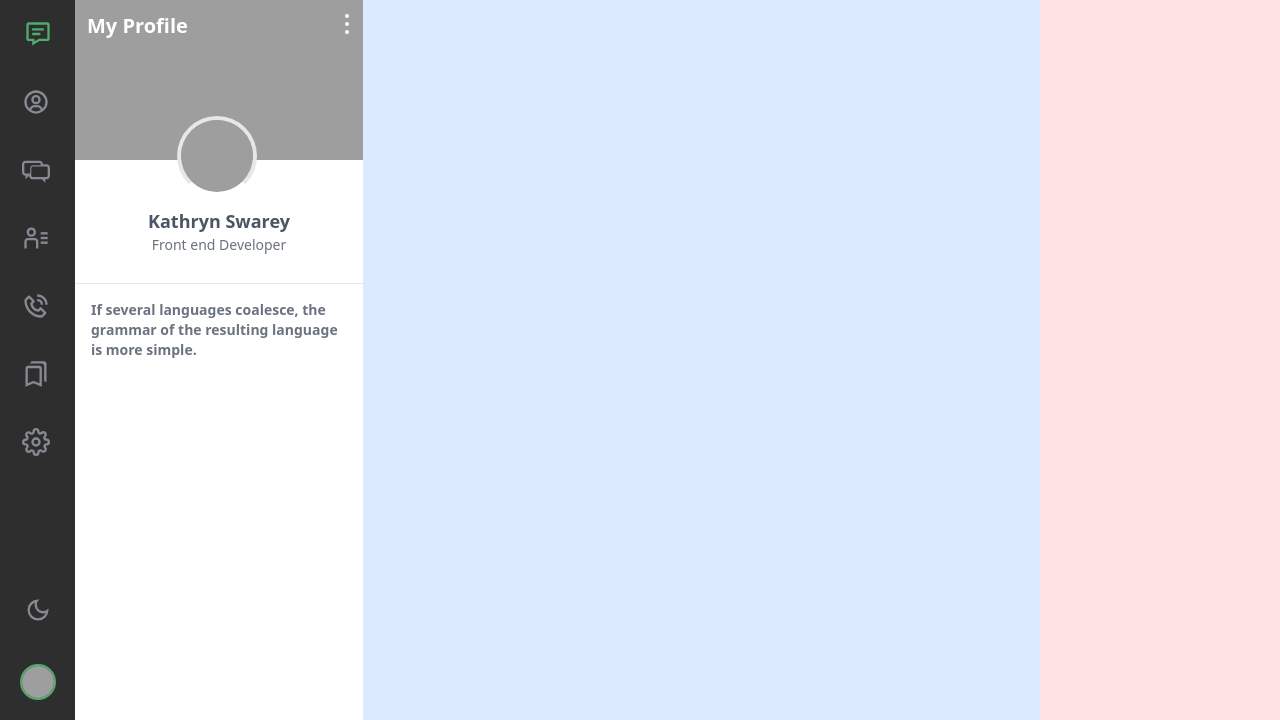
Repository: satya-ranjon/Chat-app
Page: /
The author's editor kept a copy of each file at every save. The page is drawn from the files as they stood at one save, then again after the next save.
The browser window is 1280 px wide. The pictures show the whole page.
Pictures or frames that could not be fetched are drawn as grey boxes. The project was rebuilt for these pictures with package versions that can differ from the ones it lists, and the page was loaded fresh each time.

Above is the page before, as saved 2022-03-31 04:07:05.

After the next save:
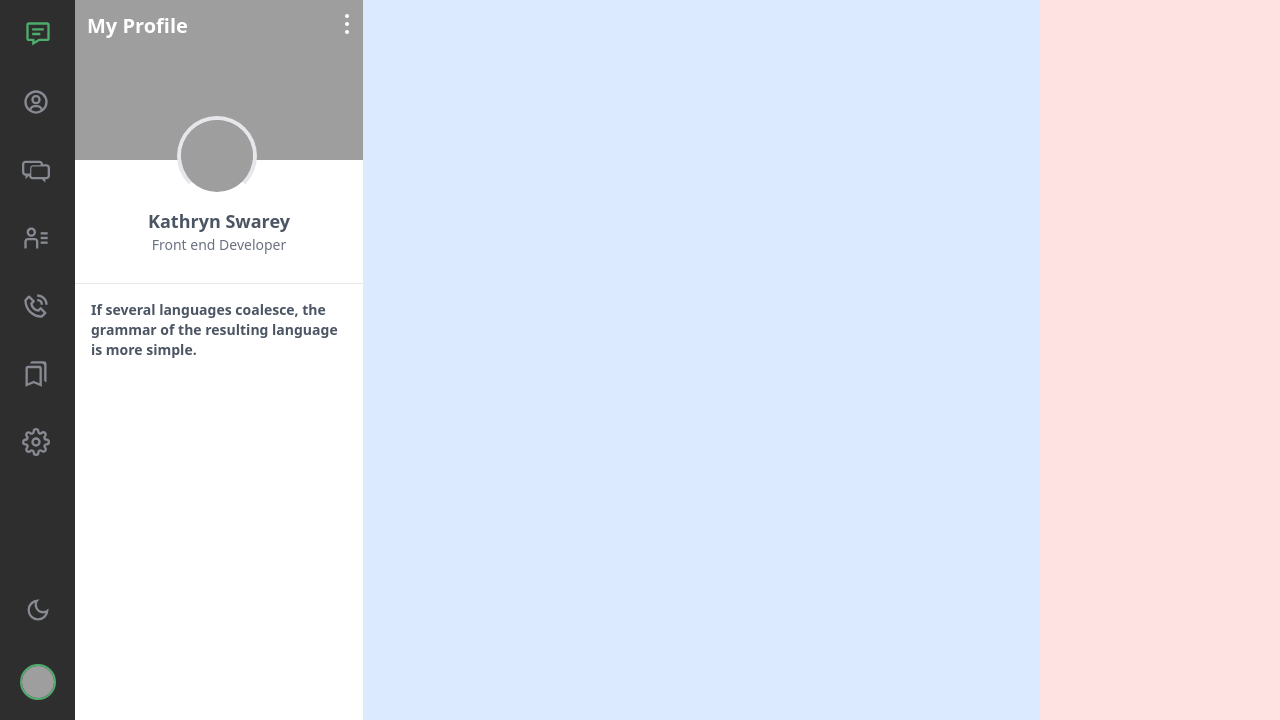
Saved 6 s later.
--- a/src/components/MyProfile/ProfileInfo.jsx
+++ b/src/components/MyProfile/ProfileInfo.jsx
@@ -3,7 +3,7 @@ import React from "react";
 export default function ProfileInfo() {
   return (
     <div>
-      <p className="p-4 text-sm font-semibold text-gray-500">
+      <p className="p-4 text-sm font-semibold text-gray-600">
         If several languages coalesce, the grammar of the resulting language is
         more simple.
       </p>
